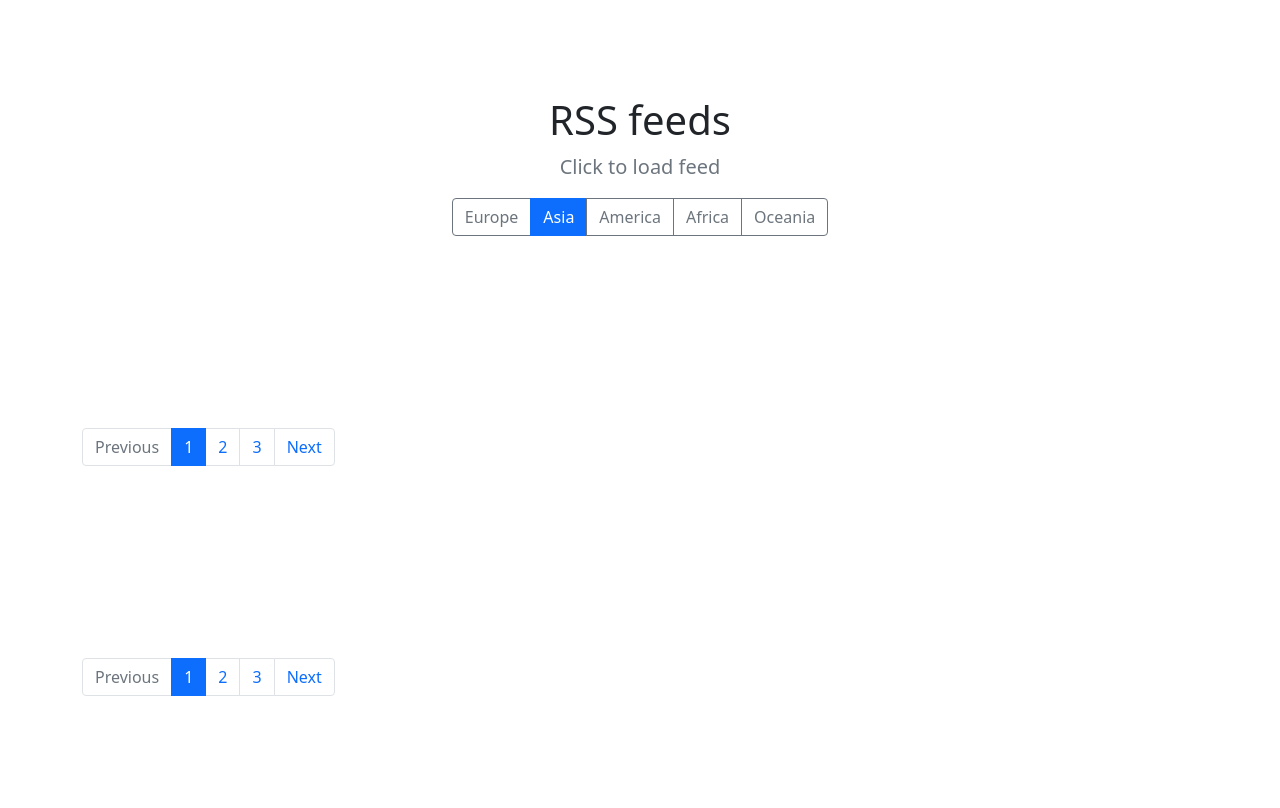
Repository: lilit1121/Templating-DOM-manipulation-and-data-processing
Page: asia.html
The author's editor kept a copy of each file at every save. The page is drawn from the files as they stood at one save, then again after the next save.
The browser window is 1280 px wide. The pictures show the whole page.
The page's requests for data from a server got no answer.

Above is the page before, as saved 2023-02-09 16:12:17.
Console error: TypeError: Cannot read properties of null (reading 'style')

### asia.html
<!DOCTYPE html>
<html lang="en">
  <!-- https://restcountries.com/ -->
  <head>
    <meta charset="UTF-8" />
    <meta http-equiv="X-UA-Compatible" content="IE=edge" />
    <meta name="viewport" content="width=device-width, initial-scale=1.0" />
    <link rel="stylesheet" href="styles.css" />
    <link
      href="https://cdn.jsdelivr.net/npm/bootstrap@5.0.2/dist/css/bootstrap.min.css"
      rel="stylesheet"
      integrity="sha384-EVSTQN3/azprG1Anm3QDgpJLIm9Nao0Yz1ztcQTwFspd3yD65VohhpuuCOmLASjC"
      crossorigin="anonymous"
    />
    <script
      src="https://cdn.jsdelivr.net/npm/bootstrap@5.0.2/dist/js/bootstrap.bundle.min.js"
      integrity="sha384-MrcW6ZMFYlzcLA8Nl+NtUVF0sA7MsXsP1UyJoMp4YLEuNSfAP+JcXn/tWtIaxVXM"
      crossorigin="anonymous"
    ></script>
    <title>Templating, DOM manipulation and data processing</title>
  </head>
  <body>
    <section class="py-5 text-center container">
      <div class="row py-lg-5">
        <div class="col-lg-6 col-md-8 mx-auto">
          <h1 class="fw-light">RSS feeds</h1>
          <p class="lead text-muted">Click to load feed</p>
          <div class="btn-group">
            <a href="./europe.html#" class="btn btn-outline-secondary">Europe</a>
            <a href="./asia.html#" class="btn btn-primary">Asia</a>
            <a href="./americas.html#" class="btn btn-outline-secondary">America</a>
            <a href="./africa.html#" class="btn btn-outline-secondary">Africa</a>
            <a href="./oceania.html#" class="btn btn-outline-secondary">Oceania</a>
          </div>
        </div>
      </div>
    </section>

    <!-- Pagination -->
    <section class="py-5 text-center container">
      <div class="row py-lg-5">
        <nav>
          <ul class="pagination">
            <li class="page-item disabled">
              <a class="page-link">Previous</a>
            </li>
            <li class="page-item active">
              <a class="page-link" href="#">1</a>
            </li>
            <li class="page-item">
              <a class="page-link" href="#">2</a>
            </li>
            <li class="page-item"><a class="page-link" href="#">3</a></li>
            <li class="page-item">
              <a class="page-link" href="#">Next</a>
            </li>
          </ul>
        </nav>
      </div>
    </section>

    <div class="container">
      <!-- Loading state UI -->
      <div class="alert alert-secondary visually-hidden">Loading...</div>

      <!-- Error state UI -->
      <div class="alert alert-danger visually-hidden">
        <h5>Unable to load feed</h5>
        <!-- Show error message, if applicable -->
        Feed could not be converted, probably not a valid RSS feed.<br />
        <small><a href="#">Open feed in a new tab</a></small>
      </div>

      <!-- Feed (Show no more than 5 posts per page) -->
      <div
        id="main_container"
        class="row row-cols-1 row-cols-sm-2 row-cols-md-3 g-3"
      ></div>
    </div>

    <!-- Pagination -->
    <section class="py-5 text-center container">
      <div class="row py-lg-5">
        <nav>
          <ul class="pagination">
            <li class="page-item disabled">
              <a class="page-link">Previous</a>
            </li>
            <li class="page-item active">
              <a class="page-link" href="#">1</a>
            </li>
            <li class="page-item">
              <a class="page-link" href="#">2</a>
            </li>
            <li class="page-item"><a class="page-link" href="#">3</a></li>
            <li class="page-item">
              <a class="page-link" href="#">Next</a>
            </li>
          </ul>
        </nav>
      </div>
    </section>
    <script src="./script.js"></script>
  </body>
</html>

### styles.css

.card-text {
    display: -webkit-box;
    -webkit-box-orient: vertical;
    -webkit-line-clamp: 4;
    overflow: hidden;
  }
#error{
  display: none;
  justify-content: center;
  color: red;
}

### script.js
const main_container = document.getElementById("main_container");
const content_section = document.getElementById("content_section");
const page_item = document.querySelectorAll(".page-item");
const loadding = document.getElementById("loadding");
const error = document.getElementById("error");
let countriesData;
let sliceStart = 0;
let currentPage = 1;



page_item.forEach((el) => {
  el.addEventListener("click", (event) => {
    changePage(event);
  });
});

function changePage(e) {
  if (e.target.innerText === "Next" && sliceStart < 10) {
    sliceStart += 5;
    currentPage = (sliceStart - 5) / 5 + 2;
  } else if (e.target.innerText === "Previous" && sliceStart > 0) {
    sliceStart -= 5;
    currentPage = (sliceStart + 5) / 5;
  } else if (
    e.target.innerText === "1" ||
    e.target.innerText === "2" ||
    e.target.innerText === "3"
  ) {
    currentPage = +e.target.innerText;
    sliceStart = (+e.target.innerText - 1) * 5;
  }
  page_item.forEach((el) => {
    el.classList.remove("active");
    el.classList.remove("disabled");
    if (currentPage === +el.innerText) el.classList.add("active");
    else if (currentPage === 1 && el.innerText === "Previous")
      el.classList.add("disabled");
    else if (currentPage === 3 && el.innerText === "Next")
      el.classList.add("disabled");
  });
  showCountrys(countriesData, sliceStart);
}

function showCountrys(countriesData, sliceStart) {
  let countrys = countriesData.slice(sliceStart, sliceStart + 5);
  content_section.innerHTML = "";
  for (let i = 0; i < countrys.length; i++) {
    content_section.innerHTML += `<div id="content_section" class="col">
    <div class="card shadow-sm">
      <img src=${countrys[i].flags.png} />
      <div class="card-body">
        <h4>
          Country: ${countrys[i].name.official}
        </h4>
        <h5>
          Country: ${countrys[i].capital ? countrys[i].capital[0] : undefined}
        </h5>
        <p class="card-text">
          <small
            >Population: ${countrys[i].population}</small
          >
        </p>
        <p><a href="#">Read more &rarr;</a></p>
        <div class="d-flex justify-content-between align-items-center">
          <!-- Format date appropriately as per browser/device region format -->
          <small class="text-muted">Dec 10, 2021</small>
        </div>
      </div>
    </div>
    </div>  `;
  }
}

(async function getCountriesDataByRegion() {
  loadding.style.display = "contents";
  main_container.style.display = "none";
  await fetch(
    `https://restcountries.com/v3.1/region/${
      window.location.pathname.slice(1).split(".")[0]
    }`
  )
    .then((res) => res.json())
    .then((data) => {
      countriesData = data.slice(0, 15);
      showCountrys(countriesData, sliceStart);
      main_container.style.display = "block";
    })
    .catch(() => (error.style.display = "flex"));

  loadding.style.display = "none";
})();

After the next save:
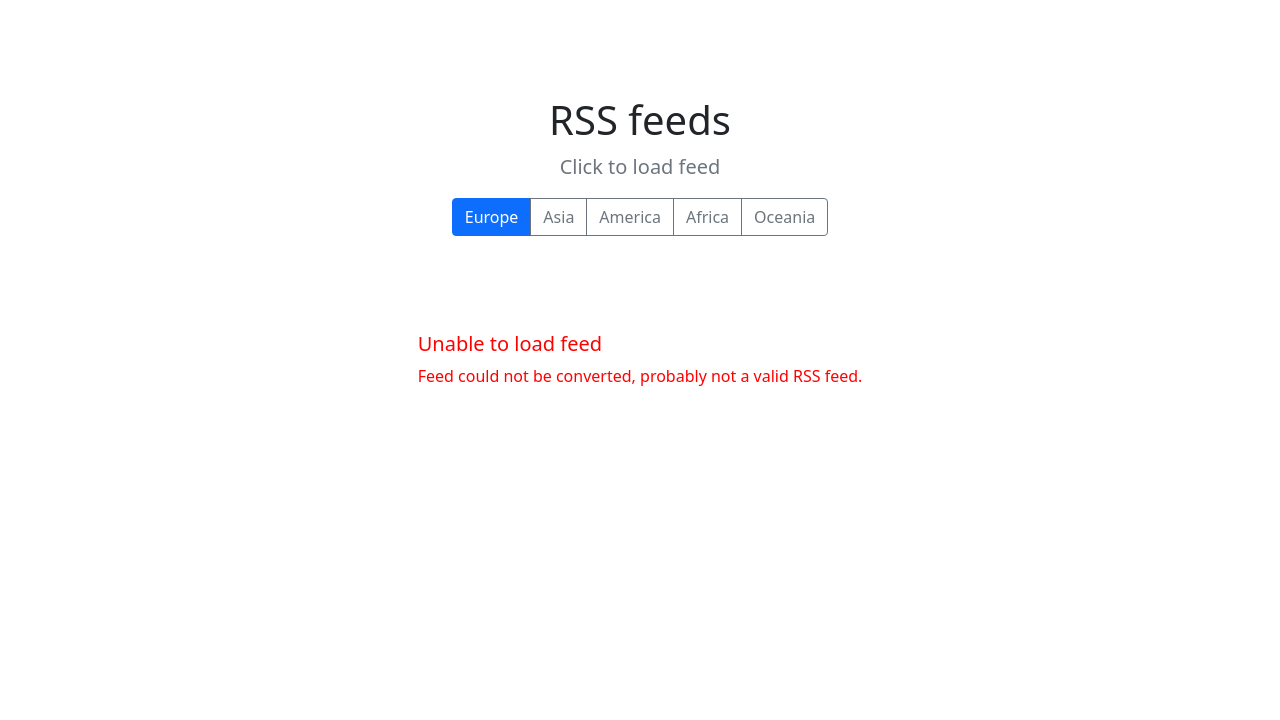
The error is gone.
Saved 4 s later.
--- a/asia.html
+++ b/asia.html
@@ -1,7 +1,6 @@
 <!DOCTYPE html>
 <html lang="en">
-  <!-- https://restcountries.com/ -->
-  <head>
+   <head>
     <meta charset="UTF-8" />
     <meta http-equiv="X-UA-Compatible" content="IE=edge" />
     <meta name="viewport" content="width=device-width, initial-scale=1.0" />
@@ -26,15 +25,94 @@
           <h1 class="fw-light">RSS feeds</h1>
           <p class="lead text-muted">Click to load feed</p>
           <div class="btn-group">
-            <a href="./europe.html#" class="btn btn-outline-secondary">Europe</a>
-            <a href="./asia.html#" class="btn btn-primary">Asia</a>
-            <a href="./americas.html#" class="btn btn-outline-secondary">America</a>
-            <a href="./africa.html#" class="btn btn-outline-secondary">Africa</a>
-            <a href="./oceania.html#" class="btn btn-outline-secondary">Oceania</a>
+            <a href="./europe.html#" class="btn btn-primary">Europe</a>
+            <a href="./asia.html#" class="btn btn-outline-secondary">Asia</a>
+            <a href="./americas.html#" class="btn btn-outline-secondary"
+              >America</a
+            >
+            <a href="./africa.html#" class="btn btn-outline-secondary"
+              >Africa</a
+            >
+            <a href="./oceania.html#" class="btn btn-outline-secondary"
+              >Oceania</a
+            >
           </div>
         </div>
       </div>
     </section>
+
+
+    <!-- Loading state UI -->
+    <div id="loadding" class="visually-hidden">
+      <svg
+      xmlns="http://www.w3.org/2000/svg"
+      xmlns:xlink="http://www.w3.org/1999/xlink"
+      style="margin: auto; background: #fff; display: block"
+      width="200px"
+      height="200px"
+      viewBox="0 0 100 100"
+      preserveAspectRatio="xMidYMid"
+    >
+      <circle
+        cx="50"
+        cy="50"
+        r="32"
+        stroke-width="8"
+        stroke="#416cff"
+        stroke-dasharray="50.26548245743669 50.26548245743669"
+        fill="none"
+        stroke-linecap="round"
+      >
+        <animateTransform
+          attributeName="transform"
+          type="rotate"
+          repeatCount="indefinite"
+          dur="1s"
+          keyTimes="0;1"
+          values="0 50 50;360 50 50"
+        ></animateTransform>
+      </circle>
+    </svg>
+  </div>
+
+    <!-- Error state UI -->
+    <div id="error">
+      <div>
+      <h5>Unable to load feed</h5>
+      <!-- Show error message, if applicable -->
+      Feed could not be converted, probably not a valid RSS feed.<br />
+    </div>
+  </div>
+    <!-- Pagination -->
+    <div  id="main_container" class="container">
+    <section class="py-5 text-center container">
+      <div class="row py-lg-5">
+        <nav>
+          <ul class="pagination">
+            <li class="page-item disabled">
+              <a class="page-link">Previous</a>
+            </li>
+            <li class="page-item active">
+              <a class="page-link" href="#">1</a>
+            </li>
+            <li class="page-item">
+              <a class="page-link" href="#">2</a>
+            </li>
+            <li class="page-item"><a class="page-link" href="#">3</a></li>
+            <li class="page-item">
+              <a class="page-link" href="#">Next</a>
+            </li>
+          </ul>
+        </nav>
+      </div>
+    </section>
+
+      <!-- Feed (Show no more than 5 posts per page) -->
+      <div
+       id="content_section"
+        class="row row-cols-1 row-cols-sm-2 row-cols-md-3 g-3"
+      ></div>
+
 
     <!-- Pagination -->
     <section class="py-5 text-center container">
@@ -57,48 +135,7 @@
           </ul>
         </nav>
       </div>
-    </section>
-
-    <div class="container">
-      <!-- Loading state UI -->
-      <div class="alert alert-secondary visually-hidden">Loading...</div>
-
-      <!-- Error state UI -->
-      <div class="alert alert-danger visually-hidden">
-        <h5>Unable to load feed</h5>
-        <!-- Show error message, if applicable -->
-        Feed could not be converted, probably not a valid RSS feed.<br />
-        <small><a href="#">Open feed in a new tab</a></small>
-      </div>
-
-      <!-- Feed (Show no more than 5 posts per page) -->
-      <div
-        id="main_container"
-        class="row row-cols-1 row-cols-sm-2 row-cols-md-3 g-3"
-      ></div>
     </div>
-
-    <!-- Pagination -->
-    <section class="py-5 text-center container">
-      <div class="row py-lg-5">
-        <nav>
-          <ul class="pagination">
-            <li class="page-item disabled">
-              <a class="page-link">Previous</a>
-            </li>
-            <li class="page-item active">
-              <a class="page-link" href="#">1</a>
-            </li>
-            <li class="page-item">
-              <a class="page-link" href="#">2</a>
-            </li>
-            <li class="page-item"><a class="page-link" href="#">3</a></li>
-            <li class="page-item">
-              <a class="page-link" href="#">Next</a>
-            </li>
-          </ul>
-        </nav>
-      </div>
     </section>
     <script src="./script.js"></script>
   </body>
